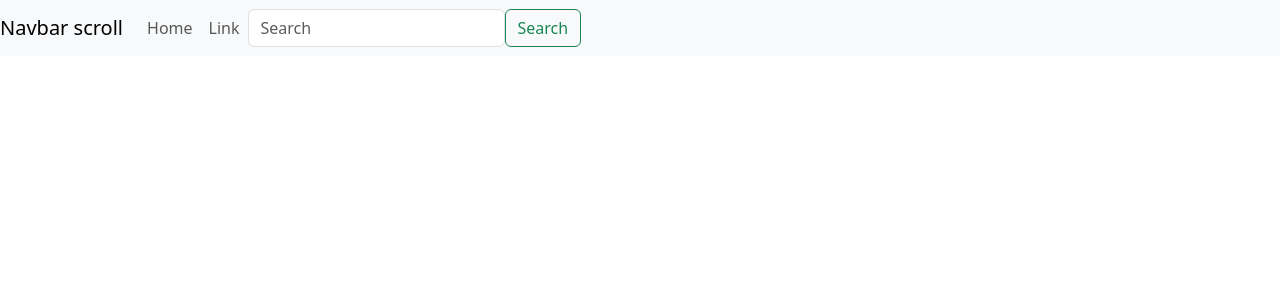
Repository: nghiaacoustic/ts_sagas
Page: /
An editor plug-in stored every save of this project. The page is shown before and after the next save, followed by the edit.
The browser window is 1280 px wide. The pictures show the whole page.
The project was rebuilt for these pictures with package versions that can differ from the ones it lists, and the page was loaded fresh each time.

Above is the page before, as saved 2021-09-15 16:27:54.

After the next save:
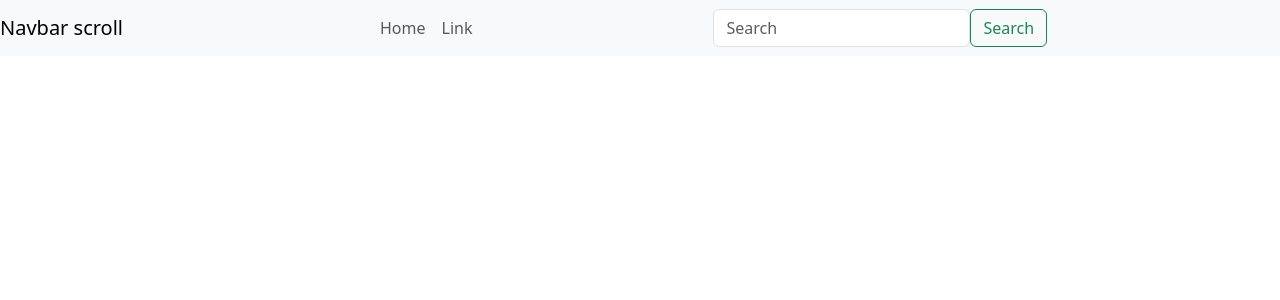
Saved 25 s later.
--- a/src/components/Navbar/Narbar.tsx
+++ b/src/components/Navbar/Narbar.tsx
@@ -1,11 +1,12 @@
-import { Navbar, Nav, Form, NavDropdown, FormControl, Button } from 'react-bootstrap'
+import { Navbar, Nav, Form, NavDropdown, FormControl, Button } from 'react-bootstrap';
+import { StyledNavCollapse } from './Navbar.styles';
 
 const NavbarComponent = () => {
     return (
         <Navbar bg="light" expand="lg">
             <Navbar.Brand href="#">Navbar scroll</Navbar.Brand>
             <Navbar.Toggle aria-controls="navbarScroll" />
-            <Navbar.Collapse id="navbarScroll">
+            <StyledNavCollapse id="navbarScroll">
                 <Nav
                     className="mr-auto my-2 my-lg-0"
                     style={{ maxHeight: '100px' }}
@@ -23,7 +24,7 @@ const NavbarComponent = () => {
                     />
                     <Button variant="outline-success">Search</Button>
                 </Form>
-            </Navbar.Collapse>
+            </StyledNavCollapse>
         </Navbar>
     )
 }
